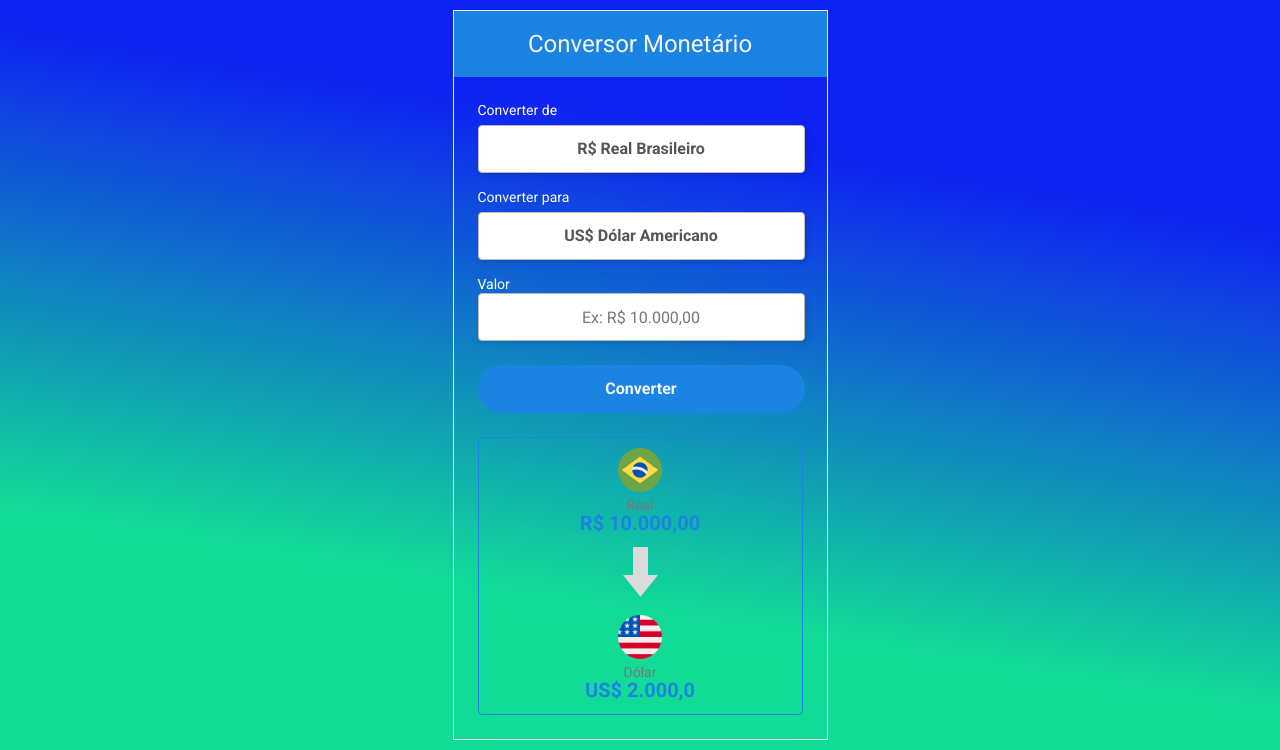
Repository: isayrous/coin-converter
Page: index.html
An editor plug-in stored every save of this project. The page is shown before and after the next save, followed by the edit.
The browser window is 1280 px wide. The pictures show the whole page.

Above is the page before, as saved 2022-11-02 23:53:30.

### index.html
<!DOCTYPE html>
<html lang="pt-br">
<head>
    <meta charset="UTF-8">
    <meta http-equiv="X-UA-Compatible" content="IE=edge">
    <meta name="viewport" content="width=device-width, initial-scale=1.0">
    <link rel='stylesheet' href="./style.css">
    <link rel="preconnect" href="https://fonts.googleapis.com">
    <link rel="preconnect" href="https://fonts.gstatic.com" crossorigin>
    <link href="https://fonts.googleapis.com/css2?family=Roboto:wght@400;700&display=swap" rel="stylesheet">
    <title>Conversor Monetário</title>
</head>
<body>
    <div class="container">

        <header>
            <h1>Conversor Monetário</h1>
        </header>

        <main>
            <label>
                Converter <strong>de</strong>
                <select id="first-select">
                    <option>R$ Real Brasileiro</option>
                    <option>US$ Dólar Americano</option>
                    <option>Bitcoin</option>
                    <option>€ Euro</option>
                </select>
            </label>

            <label>
                Converter <strong>para</strong>
                <select id="seccond-select">
                    <option>US$ Dólar Americano</option>
                    <option>Bitcoin</option>
                    <option>€ Euro</option>
                    <option>R$ Real Brasileiro</option>
                </select>
            </label>

            <label>
                <b>Valor</b>
                <input id='values' placeholder="Ex: R$ 10.000,00">
            </label>

            <button id="button-converter" >Converter</button>

            <section>
                <div>
                    <img id="currency-img1" src="./assets/BRL.png">
                    <p id="first-currency">Real</p>
                    <p id="return-input1" class="value">R$ 10.000,00</p>
                </div>

                <img src="./assets/Vector.png"><br>

                <div>
                    <img id="currency-img2" src="./assets/USA.png">
                    <p id ="seccond-currency">Dólar</p>
                    <p id="return-input2" class="value">US$ 2.000,0</p>
                </div>

            </section>

        </main>

    </div>

</body>
<script src='./scripts.js'></script>
</html>

### style.css
* {
    padding: 0;
    margin: 0;
    box-sizing: border-box;
    font-family: 'Roboto', sans-serif;
    font-style: normal;
    font-weight: normal;
    line-height: 18px;
}

body{
    background: linear-gradient(189deg, rgba(15,35,242,1) 24%, rgba(17,220,150,1) 75%);
    width: 100%;
    height: 100%;
    display: flex;
    justify-content: center;
    padding: 10px;
}

.container {
    height: 100%;
    width: 375px;
    background: transparent;
    border: 1px solid #f0f0f0;
    backdrop-filter: blur(15px);
}

header {
    background-color: #1b83e2;
    height: 66px;
    display: flex;
    justify-content: center;
    align-items: center;
}

h1 {
    font-size: 24px;
    color:#F4F4F4;
}

main {
    padding: 24px;
}

label{
    font-weight: 400;
    font-size: 14px;
    color: #fff;
    width: 375px;
}

select{
    width: 327px;
    height: 48px;
    background: #FFFFFF;
    border: 1px solid #BBBBBB;
    border-radius: 4px;
    font-weight: 700;
    font-size: 16px;
    color: #555555;
    text-align: center;
    display: block;
    cursor: pointer;
    outline: none;
    appearance: none;
    box-shadow: 2px 2px 5px 0px #00000026;
    margin-bottom: 15px;
    margin-top: 6px;
}

input{
    width: 327px;
    height: 48px;
    background: #FFFFFF;
    border: 1px solid #BBBBBB;
    border-radius: 4px;
    font-weight: 700;
    font-size: 16px;
    color: #555555;
    text-align: center;
    box-shadow: 2px 2px 5px 0px #00000026;
    outline: none;

}

button {
    background: #1B83E2;
    border-radius: 25px;
    height: 48px;
    width: 327px;
    font-weight: 700;
    font-size: 16px;
    color: #F4F4F4;
    margin: 24px 0px 24px;
    border: none;
    cursor: pointer;
}

button:hover {
    opacity: 0.8;
}

button:active {
    opacity: 0.7;
}

section{
    border: 1px solid #1B83E2;
    border-radius: 4px;
    padding-top: 10px;
    display: flex;
    flex-direction: column;
    align-items: center;
    text-align: center;
}

p {
    font-weight: 400;
    font-size: 14px;
    color: #777777;
}

.value {
    color: #1B83E2;
    font-weight: 700;
    font-size: 20px;
    margin-bottom: 15px;
}

input::placeholder{color: #777777;
    font-weight: 100;}


@media screen and (max-width: 900px){
    .container {
        height: 100%;
        width: 100%;
    }

    header {
        height: 50px;
    }

    h1 {
        font-size: 20px;
    }

    main {
        padding: 4%;
    }

    label{
        font-size: 0.8rem;
    }

    select{
        font-size: 1rem;
        color: #555555;
        margin-bottom: 10px;
    }

    input{
        font-size: 1rem;
    }

    button {
        font-size: 1rem;
    }

    p {
        font-weight: 700;
        font-size: 0.8rem;
        color: #777777;
    }

    .value {
        font-size: 1rem;
    }
}

### scripts.js
const convert = document.getElementById("button-converter")
const select2 = document.getElementById("seccond-select")
const select1 = document.getElementById("first-select")
/* REAL, DOLAR, BITCOIN , EURO */
const real = [5.16, 5.08]
const dolar = [0.19 , 0.98]
const euro = [0.20 , 1.02]
const bitcoin = [98137.74 , 19010.10 , 19269.79]


const convertvalue = () => {
    const input = document.getElementById("values").value
    const returninput1 = document.getElementById("return-input1")
    const returninput2 = document.getElementById("return-input2")
    /* RETURNS DO INPUT 1 */

    if (select1.value === 'R$ Real Brasileiro') {
        returninput1.innerHTML = new Intl.NumberFormat('pt-BR', {
            style: 'currency', currency: 'BRL'
        }).format(input)

        if (select2.value === 'US$ Dólar Americano') {
            returninput2.innerHTML = new Intl.NumberFormat('en-US', {
                style: 'currency', currency: 'USD'
            }).format(input * dolar[0])
        }
        else if (select2.value === '€ Euro') {
            returninput2.innerHTML = new Intl.NumberFormat('de-DE', {
                style: 'currency', currency: 'EUR'
            }).format(input * euro[0])
        }
        else if (select2.value === 'Bitcoin'){
            returninput2.innerHTML = (input / bitcoin[0]).toFixed(2)
        }
        else if (select2.value === 'R$ Real Brasileiro') {
            returninput2.innerHTML = new Intl.NumberFormat('pt-BR', {
                style: 'currency', currency: 'BRL'
            }).format(input)
        }
    }


    else if (select1.value === 'US$ Dólar Americano') {
        returninput1.innerHTML = new Intl.NumberFormat('en-US', {
            style: 'currency', currency: 'USD'
        }).format(input)

        if (select2.value === 'US$ Dólar Americano') {
            returninput2.innerHTML = new Intl.NumberFormat('en-US', {
                style: 'currency', currency: 'USD'
            }).format(input)
        }
        else if (select2.value === '€ Euro') {
            returninput2.innerHTML = new Intl.NumberFormat('de-DE', {
                style: 'currency', currency: 'EUR'
            }).format(input * euro[1])
        }
        else if (select2.value === 'Bitcoin'){
            returninput2.innerHTML = (input / bitcoin[1]).toFixed(2)
        }
        else if (select2.value === 'R$ Real Brasileiro') {
            returninput2.innerHTML = new Intl.NumberFormat('pt-BR', {
                style: 'currency', currency: 'BRL'
            }).format(input * real[0])
        }

    }

    else if (select1.value === '€ Euro') {
        returninput1.innerHTML = new Intl.NumberFormat('de-DE', {
            style: 'currency', currency: 'EUR'
        }).format(input)

        if (select2.value === 'US$ Dólar Americano') {
            returninput2.innerHTML = new Intl.NumberFormat('en-US', {
                style: 'currency', currency: 'USD'
            }).format(input * dolar[1])
        }
        else if (select2.value === '€ Euro') {
            returninput2.innerHTML = new Intl.NumberFormat('de-DE', {
                style: 'currency', currency: 'EUR'
            }).format(input)
        }
        else if (select2.value === 'Bitcoin'){
            returninput2.innerHTML = (input / bitcoin[1]).toFixed(2)
        }
        else if (select2.value === 'R$ Real Brasileiro') {
            returninput2.innerHTML = new Intl.NumberFormat('pt-BR', {
                style: 'currency', currency: 'BRL'
            }).format(input * real[1])
        }
    }

    else if (select1.value === 'Bitcoin') {
        returninput1.innerHTML = (input)

        if (select2.value === 'US$ Dólar Americano') {
            returninput2.innerHTML = new Intl.NumberFormat('en-US', {
                style: 'currency', currency: 'USD'
            }).format(input * bitcoin[1])
        }
        else if (select2.value === '€ Euro') {
            returninput2.innerHTML = new Intl.NumberFormat('de-DE', {
                style: 'currency', currency: 'EUR'
            }).format(input * bitcoin[2])
        }
        else if (select2.value === 'Bitcoin'){
            returninput2.innerHTML = (input)
        }
        else if (select2.value === 'R$ Real Brasileiro') {
            returninput2.innerHTML = new Intl.NumberFormat('pt-BR', {
                style: 'currency', currency: 'BRL'
            }).format(input * bitcoin[0])
        }


    }

}

const change2 = () => {
    const currencyName2 = document.getElementById("seccond-currency")
    const currencyImg2 = document.getElementById("currency-img2")

    if (select2.value === '€ Euro') {
        currencyName2.innerHTML = '€ Euro'
        currencyImg2.src = "./assets/EURO.png"
    } else if (select2.value === 'Bitcoin') {
        currencyName2.innerHTML = 'Bitcoin'
        currencyImg2.src = "./assets/BITCOIN.png"
    } else if (select2.value === 'US$ Dólar Americano') {
        currencyName2.innerHTML = 'Dólar'
        currencyImg2.src = "./assets/USA.png"
    } else if (select2.value === 'R$ Real Brasileiro') {
        currencyName2.innerHTML = 'Real'
        currencyImg2.src = "./assets/BRL.png"
    }

    convertvalue()
}

const change1 = () => {
    const currencyName1 = document.getElementById("first-currency")
    const currencyImg1 = document.getElementById("currency-img1")

    if (select1.value === '€ Euro') {
        currencyName1.innerHTML = '€ Euro'
        currencyImg1.src = "./assets/EURO.png"
    } else if (select1.value === 'Bitcoin') {
        currencyName1.innerHTML = 'Bitcoin'
        currencyImg1.src = "./assets/BITCOIN.png"
    } else if (select1.value === 'US$ Dólar Americano') {
        currencyName1.innerHTML = 'Dólar'
        currencyImg1.src = "./assets/USA.png"
    } else if (select1.value === 'R$ Real Brasileiro') {
        currencyName1.innerHTML = 'Real'
        currencyImg1.src = "./assets/BRL.png"
    }
    convertvalue()

}

convert.addEventListener('click', convertvalue)
select1.addEventListener('change', change1)
select2.addEventListener('change', change2)

After the next save:
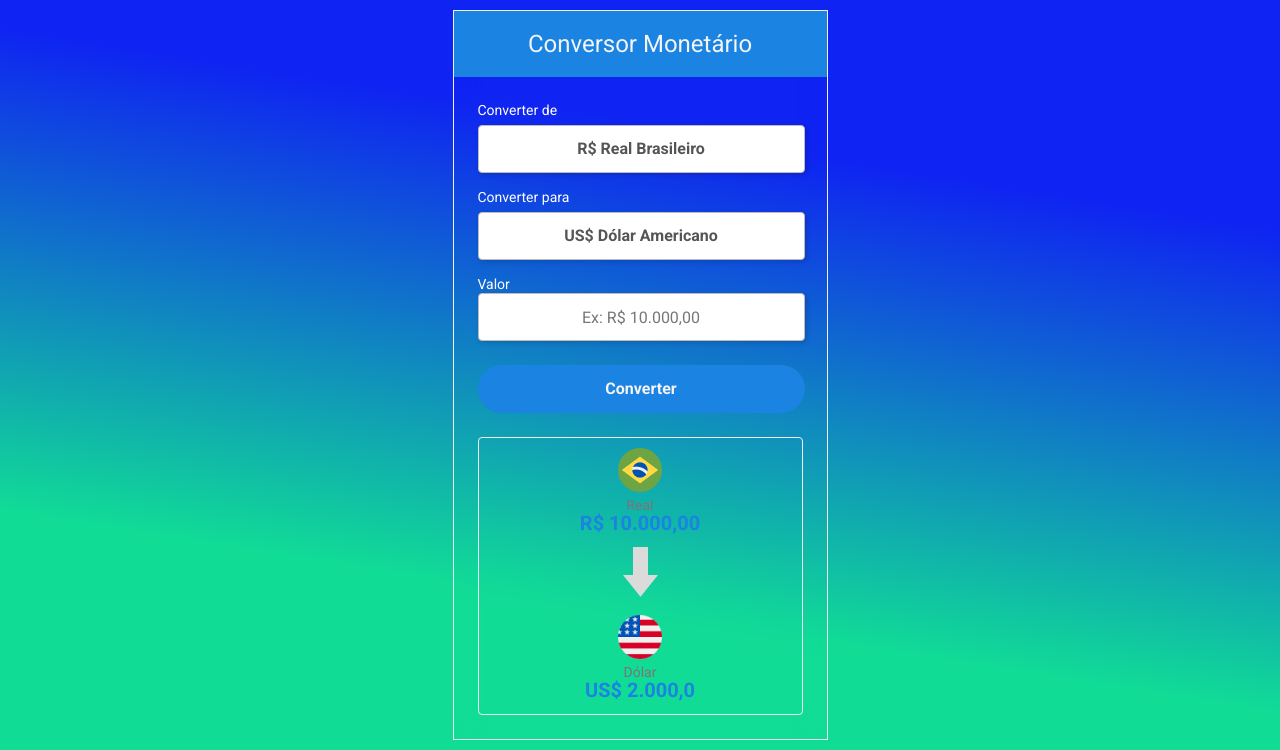
Saved 25 s later.
--- a/style.css
+++ b/style.css
@@ -105,7 +105,7 @@ button:active {
 }
 
 section{
-    border: 1px solid #1B83E2;
+    border: 1px solid #f0f0f0;
     border-radius: 4px;
     padding-top: 10px;
     display: flex;
